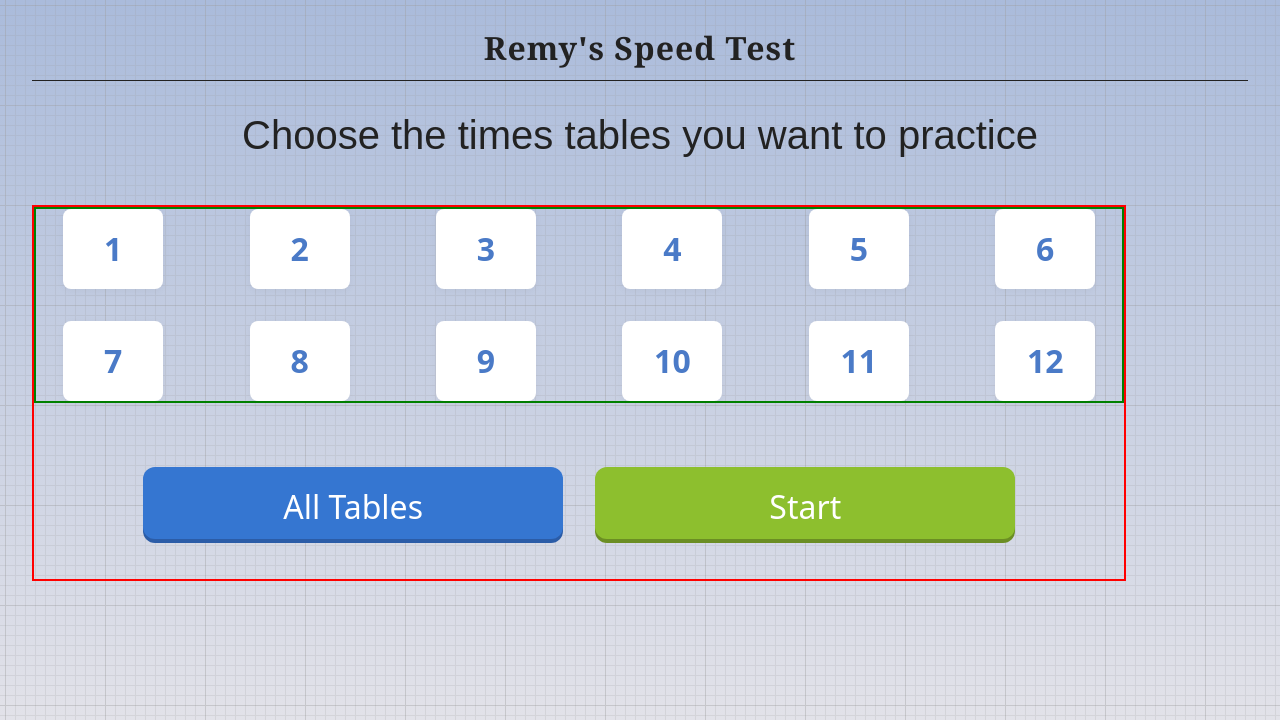
Repository: Chinurum-Omenuko/remys-speed-test
Page: / (app in app/)
The author's editor kept a copy of each file at every save. The page is drawn from the files as they stood at one save, then again after the next save.
The browser window is 1280 px wide. The pictures show the whole page.
The project was rebuilt for these pictures with package versions that can differ from the ones it lists, and the page was loaded fresh each time. The framework's server and built-in components were replaced by stand-ins that run in the browser. Also part of the build but not shown: app/svelte.config.js, app/vite.config.ts.

Above is the page before, as saved 2025-11-17 21:17:44.

### app/src/routes/+page.svelte

<script lang="ts">
	import { goto } from "$app/navigation";
	import { GameStore } from "../stores/gameStore.svelte";

	let store = GameStore;
	let chosenTables = store.getTables()
	const tables = Array.from({ length: 12 }, (_, i) => i + 1);

	function selectTable(table: number) {
		store.addTables(table)
	}

	function allTables(){
		tables.forEach(table => {
			let index = chosenTables.indexOf(table)
			if(!chosenTables.includes(table)){
				selectTable(table)
				return
			}
			chosenTables.splice(index, 1)
		});
	}


	function start() {
		store.generateQuestions(chosenTables)
		goto("/test")
	}



	function lastResults() {
		alert('Show last results');
	}
</script>
<div class="landing-bg">
	<div style="padding: 1.5rem 2rem 0 2rem;">
		<h1 class="title">Remy's Speed Test</h1>
		<div class="dotted"></div>
		<h2 class="subtitle">Choose the times tables you want to practice</h2>
		<div class="content">
			<div class="tables-grid">
				{#each tables as table}
					<button
						type="button"
						class="table-btn {chosenTables.includes(table) ? 'selected' : ''}"
						on:click={() => {

							selectTable(table)
							}}
						aria-pressed={chosenTables[table] === table}
					>
						{table}
					</button>
				{/each}
			</div>
			<div class="actions">

				{#if chosenTables.length == 12}
					<button class="red-btn btn bg-red-500" on:click={allTables}>Deselect All Tables</button>
				{:else}
					<button class="blue-btn btn" on:click={allTables}>All Tables</button>
				{/if}

				<button class="green-btn btn" on:click={start}>Start</button>
			</div>
		</div>
	</div>
</div>

<style>
	* {
 		min-height: 0;
	}

	.landing-bg {


		background-image:url("data:[embedded picture, 1695 characters]"), linear-gradient(180deg, #aabbdb, #e2e2e9);
		min-height: 100vh;
		max-width: 100vw;
		padding: 0;
		margin: 0;
	}
	.title {
		font-size: 2rem;
		font-weight: 700;
		margin: 0 0 0.5rem 0;
		letter-spacing: 1px;
		color: #222;
		font-family: Georgia, 'Times New Roman', Times, serif;
		text-align: center;
	}
	.dotted {
		border-bottom: 1px solid #222;
		margin-bottom: 1.5rem;
	}
	.subtitle {
		font-size: clamp(1rem, 5vw, 2.5rem);
		font-weight: 100;
		margin-bottom: 2.5rem;
		text-align: center;
		color: #222;
		font-family: Arial, Helvetica, sans-serif;
	}

	.content{
		display: flex;
		flex-direction: column;
		/* border: solid 2px red; */
		justify-content: start;
		align-items: center;
		max-width: 100vw;
		min-height: 50vh;
	}
	.tables-grid {
		display: grid;
		grid-template-columns: repeat(6, 1fr);
		gap: 2rem;
		/* border: solid 2px green; */
		width: 100%;
	}
	.table-btn {
		background: #fff;
		border-radius: 8px;
		font-size: 2.5rem;
		font-weight: 700;
		color: #4a7ac7;
		width: 60%;
		height: 100%;
		display: flex;
		align-items: center;
		justify-content: center;
		cursor: pointer;
		transition: box-shadow 0.2s, border 0.2s;
		margin: 0 auto;
		box-shadow: 0 2px 8px rgba(0,0,0,0.04);
	}
	.table-btn.selected {
		border: 3px solid #2e5eaa;
		background: #eaf1ff;
		color: #2e5eaa;
	}
	.actions {
		display: flex;
		justify-content: space-between;
		align-items: stretch;
		max-width: 1200px;
		min-width: 50%;
		margin: 2rem auto 0 auto;
		flex-direction: row;

	}

	.btn {
		width: 80%;
		height: 50%;
		color: #fff;
		border-radius: 12px;
		padding: 1rem 2.5rem;
		cursor: pointer;
		margin-bottom: 0.5rem;
		display: -webkit-box;
		-webkit-line-clamp: 1; /* number of lines */
		-webkit-box-orient: vertical;
		overflow: hidden;
		white-space: nowrap;
		text-overflow: ellipsis;
	}
	.blue-btn {
		background:  #3576d1;
		border: none;
		box-shadow: 0 4px 0 #2b5ca7;
		transition: background 0.2s;
		font-size: 1em;
	}
	.blue-btn:active {
		background: #3576d1;
	}
	.green-btn {
		background: #8dbf2e;
		border: none;
		box-shadow: 0 4px 0 #6b8e23;
		margin-left: 1rem;
		transition: background 0.2s;
	}
	.green-btn:active {
		background: #8dbf2e;
	}

	/* 640px: small tablet */
	@media (min-width: 340px) and (max-width: 640px){
		.content{
			height: 70vh;
			display: flex;
			flex-direction: column;
			justify-content: space-around;

		}
		.title{
			font-size: 20px;
		}
		.tables-grid {
			grid-template-columns: repeat(2, 1fr);
			height: 100%;

		}
		.table-btn {
			font-size: 1.5rem;
			height: 100%;
			border-radius: 30cap;
		}
		.actions {
			flex-direction: row;
			align-items: stretch;
			gap: 2rem;
			width: 80vw;
			height: 30%;
		}
	}
	@media (min-width: 640px) {
		.tables-grid {
			grid-template-columns: repeat(3, 1fr);
		}
	}

	/* 768px: tablet portrait */
	@media (min-width: 768px) {
		.tables-grid {
			grid-template-columns: repeat(4, 1fr);
			height: 70%;
		}
		.content{
			height: 50vh;
		}
		.table-btn {
			width: 100px;
			height: 80px;
			font-size: 2rem;
		}
		.actions {
			flex-direction: row;
			gap: 1rem;
			width: 80%;
			height: 20vh;
		}
		.btn{
			font-size: 2rem;
		}
	}

	/* 1024px: tablet landscape / small laptop */
	@media (min-width: 1024px) {
		.tables-grid {
			grid-template-columns: repeat(6, 1fr);
			width: 100%;
			border: solid 2px green;
		}
		.content{
			height: 20%;
			max-width: 90%;
			border: solid 2px red;
		}
		.table-btn {
			max-width: 140px;
			max-height: 110px;
			font-size: 2rem;
		}
		.actions {
			flex-direction: row;
			align-items: center;
			gap: 1rem;
		}
	}

	/* @media (min-width: 1200px) and (max-height: 700px) {

	} */


	/* 1280px: laptop */
	/* @media (min-width: 1280px) {} */

	/* 1536px: large desktop */
	/* @media (min-width: 1536px) {} */




</style>

### app/src/stores/gameStore.svelte.ts
import { writable } from "svelte/store";
import { createQuestions } from "../utils/gameUtils";

function createGameStore(){
    let allQuestions = $state<any[]>([])
    let selectedTables: number[] = $state([])


    return{
        selectedTables,
        get allQuestions(){
            return allQuestions;
        },
        clearSelectedTables: () => {
            selectedTables = []
        },
        getTables: () => selectedTables,
        addTables: (table: number) => {
            let index = selectedTables.indexOf(table)

            if(!selectedTables.includes(table)){
                selectedTables.push(table)
                return
            }

            selectedTables.splice(index,1)

        },
        generateQuestions: (table: number[]) => {
            let questions = createQuestions(table)

            let flat = Object.values(questions).flat();
            allQuestions = [...allQuestions, ...flat];


        },

        removeQuestions: () => allQuestions = []
    }
}

export const GameStore = createGameStore()

### app/src/utils/gameUtils.ts
function makeQuestionObject(table: number){
    let questionsObjectArray = []
    for (let i = 1; i <= 12; i++){
        let question = {
            id: table + '-' + i,
            table: table,
            multiplier: i,
            question: `${table} x ${i}`,
            answer: table * i
        };
        questionsObjectArray.push(question);
    }
    return questionsObjectArray;
}

export function createQuestions(timeTable: number[]){
    let questions = {};

    timeTable.forEach(table => {
        let objectArray = makeQuestionObject(table)
        questions[table] = objectArray
    });
    return questions
}

Loaded but not shown: app/src/app.html (common file); app/src/routes/+layout.svelte (common file); app/src/app.css (common file)

After the next save:
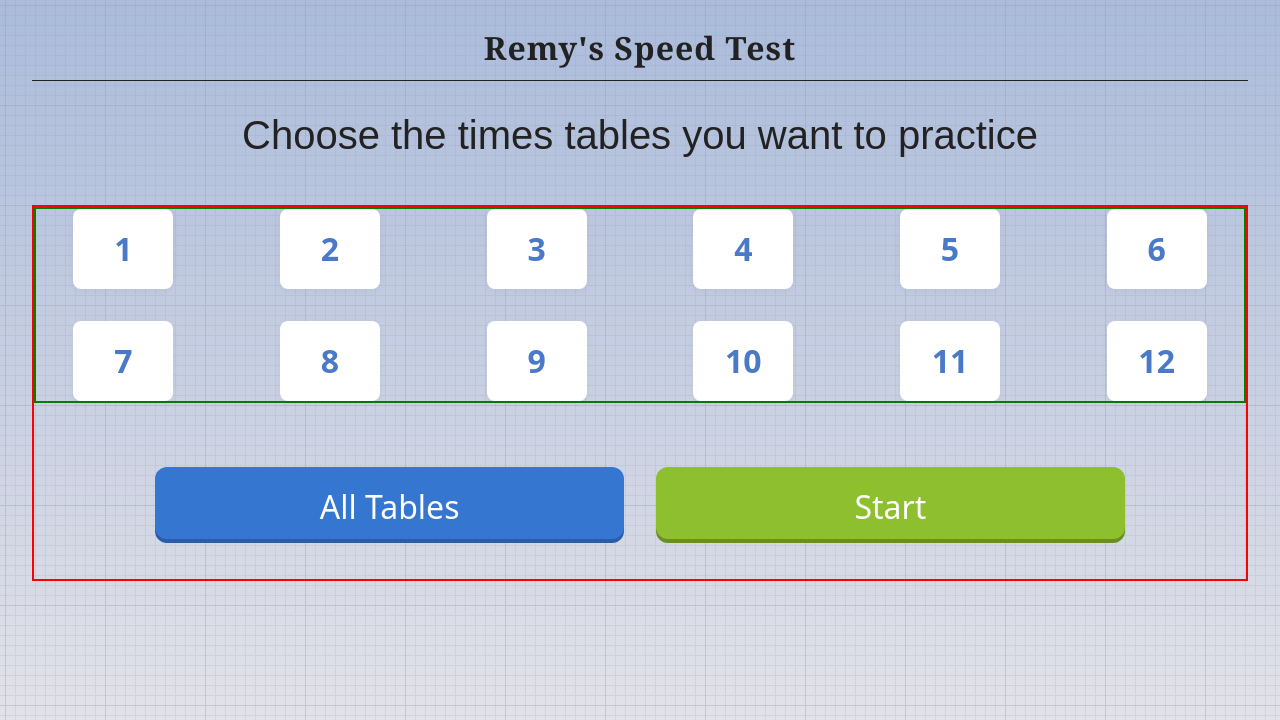
Saved 6 s later.
--- a/app/src/routes/+page.svelte
+++ b/app/src/routes/+page.svelte
@@ -259,7 +259,7 @@
 		}
 		.content{
 			height: 20%;
-			max-width: 90%;
+			max-width: 100%;
 			border: solid 2px red;
 		}
 		.table-btn {
